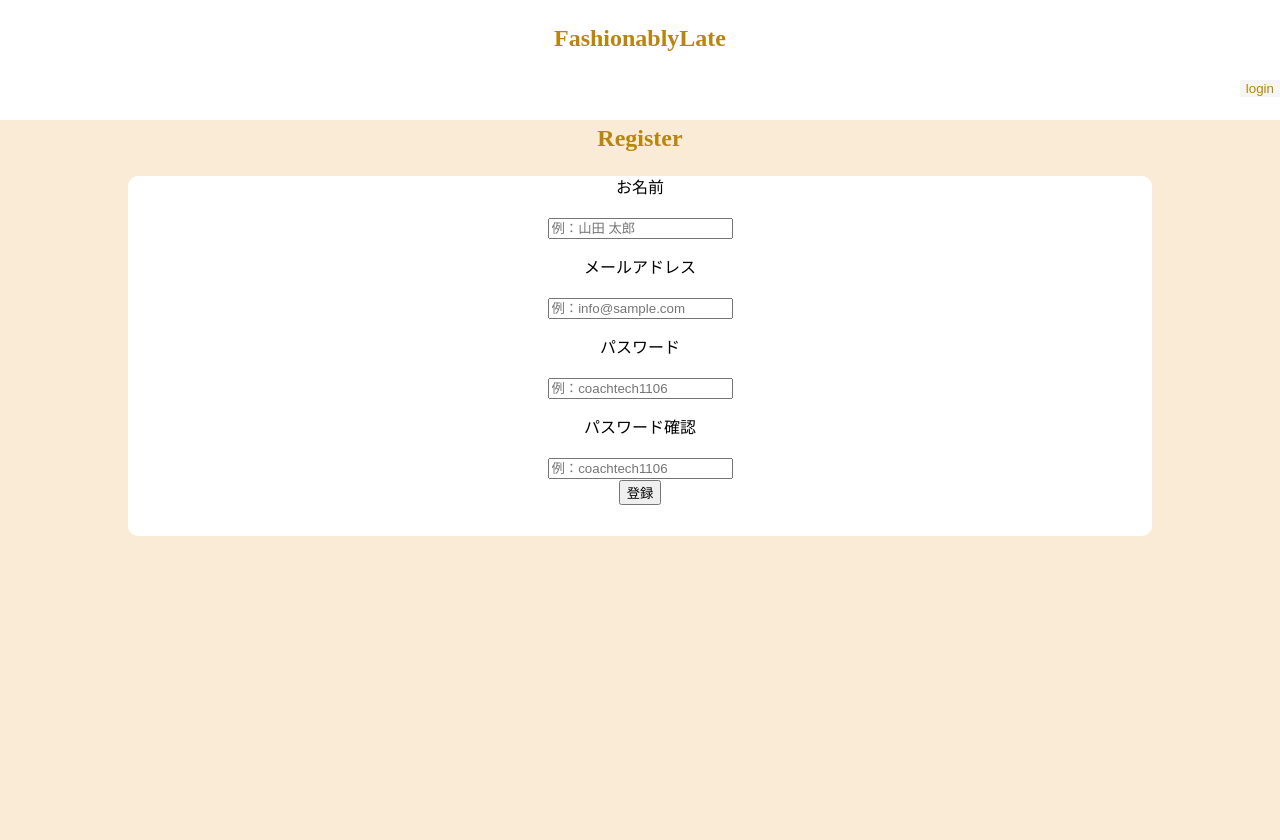
Repository: tokisiro/test-form
Page: http://localhost/register
An editor plug-in stored every save of this project. The page is shown before and after a run of saves, followed by the edit.
The browser window is 1280 px wide. The pictures show the whole page.
The page is served by the project's Laravel application, run on PHP 8.4 with Laravel 8. A made-up administrator, Test User (test@example.com), is signed in. Other server files are loaded and not shown.

Above is the page before, as saved 2025-05-07 20:41:58.

### src/routes/web.php
<?php

use Illuminate\Support\Facades\Route;
use App\Http\Controllers\ContactController;
use App\Http\Controllers\UsersController;
use Laravel\Fortify\Http\Controllers\AuthenticatedSessionController;
use Laravel\Fortify\Http\Controllers\RegisteredUserController;
/*
|--------------------------------------------------------------------------
| Web Routes
|--------------------------------------------------------------------------
|
| Here is where you can register web routes for your application. These
| routes are loaded by the RouteServiceProvider within a group which
| contains the "web" middleware group. Now create something great!
|
*/

Route::get('/',[ContactController::class, 'index']);
Route::post('/confirm',[ContactController::class, 'confirm']);
Route::post('/create',[ContactController::class, 'create']);

Route::post('/admin',[UsersController::class, 'admin']);
Route::get('/register',[UsersController::class, 'register']);




Route::middleware('auth')->group(function () {
    Route::get('/admin', [UsersController::class, 'admin']);
});

### src/app/Models/User.php
<?php

namespace App\Models;

use Illuminate\Contracts\Auth\MustVerifyEmail;
use Illuminate\Database\Eloquent\Factories\HasFactory;
use Illuminate\Foundation\Auth\User as Authenticatable;
use Illuminate\Notifications\Notifiable;
use Laravel\Sanctum\HasApiTokens;

class User extends Authenticatable
{
    use HasApiTokens, HasFactory, Notifiable;
    protected $table = 'users';

    /**
     * The attributes that are mass assignable.
     *
     * @var array<int, string>
     */
    protected $fillable = [
        'name',
        'email',
        'password',
        'remember_token',
    ];

    /**
     * The attributes that should be hidden for serialization.
     *
     * @var array<int, string>
     */
    protected $hidden = [
        'password',
        'remember_token',
    ];

    /**
     * The attributes that should be cast.
     *
     * @var array<string, string>
     */
    protected $casts = [
        'email_verified_at' => 'datetime',
    ];

    public function contacts()
{
    return $this->hasMany(Contact::class);
}
}

### src/app/Http/Controllers/UsersController.php
<?php

namespace App\Http\Controllers;

use App\Models\Category;
use App\Models\Contact;
use App\Models\User;
use Illuminate\Http\Request;
use App\Http\Requests\RegisterUserRequest;

//管理者用
class UsersController extends Controller
{
    public function register(){
        return view('register');
    }
    public function create(RegisterUserRequest $request){
        $form = $request->all();
        User::create($form);
        return view('login');
    }
    public function login(){
        return view('login');
    }
    public function admin(){


        $contacts = Contact::all()->map(function($contact) {
        switch($contact->gender) {
        case 1:
            $contact->gender_text = '男性';
            break;
        case 2:
            $contact->gender_text = '女性';
            break;
        case 3:
            $contact->gender_text = 'その他';
            break;
        default:
            $contact->gender_text = '';
            break;
        }
        // お問い合わせ内容を変換
        switch($contact->category_id) {
        case 1:
            $contact->category_name = '商品のお届けについて';
            break;
        case 2:
            $contact->category_name = '商品の交換について';
            break;
        case 3:
            $contact->category_name = '商品トラブル';
            break;
        case 4:
            $contact->category_name = 'ショップへのお問い合わせ';
            break;
        case 5:
            $contact->category_name = 'その他';
            break;
        default:
            $contact->category_name = '';
            break;
        }
        return $contact;
    });

    // もしももともと contacts がなければ空のコレクションを設定
    if ($contacts->isEmpty()) {
        $contacts = collect();
    }

    // ビューに渡す
    return view('admin', ['contacts' => $contacts]);


    }
}

### src/resources/views/register.blade.php
<!DOCTYPE html>
<html lang="ja">
<head>
    <meta charset="UTF-8">
    <meta http-equiv="X-UA-Compatible" content="IE=edge">
    <meta name="viewport" content="width=device-width, initial-scale=1.0">
    <title>FashionablyLate</title>
    <link rel="stylesheet" href="css/sanitize.css" />
    <link rel="stylesheet" href="css/register.css" />
</head>
<body>
    <!--ユーザー登録ページ-->
    <header class="header">
        <div class="header__inner">
            <a class="header__logo" href="/">
                FashionablyLate
            </a>
        </div>
        <div class="header__button">
            <a  href="/login">
                <button class="header__button-item">
                    login
                </button>
            </a>
        </div>
    </header>
    <main>
        <div class="register-form">
            <div class="register-form__title">
                <h2>Register</h2>
            </div>
            <div class="register-form__content">
                    <div class="register-form__content-item">
                        <form action="/register" method="post">
                            @csrf
                            @if (count($errors) > 0)
                            <ul>
                                @foreach ($errors->all() as $error)
                                    <li>{{$error}}</li>
                                @endforeach
                            </ul>
                        @endif
                            <p>お名前</p>
                            <input type="text" name="name" value="{{ old('name') }}" placeholder="例：山田 太郎">
                            <p>メールアドレス</p>
                            <input type="email" name="email" value="{{ old('email') }}" placeholder="例：info@sample.com">
                            <p>パスワード</p>
                            <input type="password" name="password" placeholder="例：coachtech1106">
                            <p>パスワード確認</p>
                            <input type="password" name="password_confirmation" placeholder="例：coachtech1106">
                            <div class="register-form__button">
                            <button class="register-form__button-submit" type="submit">
                                登録
                            </button>
                        </div>
                        </form>
                    </div>
                <!--ボタン類を記述-->
                </div>
            </div>
        </div>
    </main>
</body>
</html>

### src/public/css/sanitize.css
/* Document
* ========================================================================== */

/**
* Add border box sizing in all browsers (opinionated).
*/

*,
::before,
::after {
    box-sizing: border-box;
}

/**
* 1. Add text decoration inheritance in all browsers (opinionated).
* 2. Add vertical alignment inheritance in all browsers (opinionated).
*/

::before,
::after {
    vertical-align: inherit;
    /* 2 */
    text-decoration: inherit;
    /* 1 */
}

/**
* 1. Use the default cursor in all browsers (opinionated).
* 2. Change the line height in all browsers (opinionated).
* 3. Use a 4-space tab width in all browsers (opinionated).
* 4. Remove the grey highlight on links in iOS (opinionated).
* 5. Prevent adjustments of font size after orientation changes in
*    IE on Windows Phone and in iOS.
* 6. Breaks words to prevent overflow in all browsers (opinionated).
*/

html {
    word-break: break-word;
    /* 6 */
    -moz-tab-size: 4;
    /* 3 */
    tab-size: 4;
    /* 3 */
    line-height: 1.5;
    /* 2 */
    cursor: default;
    /* 1 */

    -webkit-tap-highlight-color: transparent
        /* 4 */
    ;
    -ms-text-size-adjust: 100%;
    /* 5 */
    -webkit-text-size-adjust: 100%;
    /* 5 */
}

/* Sections
* ========================================================================== */

/**
* Remove the margin in all browsers (opinionated).
*/

body {
    margin: 0;
}

/**
* Correct the font size and margin on `h1` elements within `section` and
* `article` contexts in Chrome, Edge, Firefox, and Safari.
*/

h1 {
    margin: 0.67em 0;
    font-size: 2em;
}

/* Grouping content
* ========================================================================== */

/**
* Remove the margin on nested lists in Chrome, Edge, IE, and Safari.
*/

dl dl,
dl ol,
dl ul,
ol dl,
ul dl {
    margin: 0;
}

/**
* Remove the margin on nested lists in Edge 18- and IE.
*/

ol ol,
ol ul,
ul ol,
ul ul {
    margin: 0;
}

/**
* 1. Add the correct sizing in Firefox.
* 2. Show the overflow in Edge 18- and IE.
*/

hr {
    overflow: visible;
    /* 2 */
    height: 0;
    /* 1 */
}

/**
* Add the correct display in IE.
*/

main {
    display: block;
}

/**
* Remove the list style on navigation lists in all browsers (opinionated).
*/

nav ol,
nav ul {
    padding: 0;
    list-style: none;
}

/**
* 1. Correct the inheritance and scaling of font size in all browsers.
* 2. Correct the odd `em` font sizing in all browsers.
*/

pre {
    font-size: 1em;
    /* 2 */
    font-family: monospace, monospace;
    /* 1 */
}

/* Text-level semantics
* ========================================================================== */

/**
* Remove the gray background on active links in IE 10.
*/

a {
    background-color: transparent;
}

/**
* Add the correct text decoration in Edge 18-, IE, and Safari.
*/

abbr[title] {
    text-decoration: underline;
    text-decoration: underline dotted;
}

/**
* Add the correct font weight in Chrome, Edge, and Safari.
*/

b,
strong {
    font-weight: bolder;
}

/**
* 1. Correct the inheritance and scaling of font size in all browsers.
* 2. Correct the odd `em` font sizing in all browsers.
*/

code,
kbd,
samp {
    font-size: 1em;
    /* 2 */
    font-family: monospace, monospace;
    /* 1 */
}

/**
* Add the correct font size in all browsers.
*/

small {
    font-size: 80%;
}

/* Embedded content
* ========================================================================== */

/*
* Change the alignment on media elements in all browsers (opinionated).
*/

audio,
canvas,
iframe,
img,
svg,
video {
    vertical-align: middle;
}

/**
* Add the correct display in IE 9-.
*/

audio,
video {
    display: inline-block;
}

/**
* Add the correct display in iOS 4-7.
*/

audio:not([controls]) {
    display: none;
    height: 0;
}

/**
* Remove the border on iframes in all browsers (opinionated).
*/

iframe {
    border-style: none;
}

/**
* Remove the border on images within links in IE 10-.
*/

img {
    border-style: none;
}

/**
* Change the fill color to match the text color in all browsers (opinionated).
*/

svg:not([fill]) {
    fill: currentColor;
}

/**
* Hide the overflow in IE.
*/

svg:not(:root) {
    overflow: hidden;
}

/* Tabular data
* ========================================================================== */

/**
* Collapse border spacing in all browsers (opinionated).
*/

table {
    border-collapse: collapse;
}

/* Forms
* ========================================================================== */

/**
* Remove the margin on controls in Safari.
*/

button,
input,
select {
    margin: 0;
}

/**
* 1. Show the overflow in IE.
* 2. Remove the inheritance of text transform in Edge 18-, Firefox, and IE.
*/

button {
    overflow: visible;
    /* 1 */
    text-transform: none;
    /* 2 */
}

/**
* Correct the inability to style buttons in iOS and Safari.
*/

button,
[type="button"],
[type="reset"],
[type="submit"] {
    -webkit-appearance: button;
}

/**
* 1. Change the inconsistent appearance in all browsers (opinionated).
* 2. Correct the padding in Firefox.
*/

fieldset {
    padding: 0.35em 0.75em 0.625em;
    /* 2 */
    border: 1px solid #a0a0a0;
    /* 1 */
}

/**
* Show the overflow in Edge 18- and IE.
*/

input {
    overflow: visible;
}

/**
* 1. Correct the text wrapping in Edge 18- and IE.
* 2. Correct the color inheritance from `fieldset` elements in IE.
*/

legend {
    display: table;
    /* 1 */
    max-width: 100%;
    /* 1 */
    color: inherit;
    /* 2 */
    white-space: normal;
    /* 1 */
}

/**
* 1. Add the correct display in Edge 18- and IE.
* 2. Add the correct vertical alignment in Chrome, Edge, and Firefox.
*/

progress {
    display: inline-block;
    /* 1 */
    vertical-align: baseline;
    /* 2 */
}

/**
* Remove the inheritance of text transform in Firefox.
*/

select {
    text-transform: none;
}

/**
* 1. Remove the margin in Firefox and Safari.
* 2. Remove the default vertical scrollbar in IE.
* 3. Change the resize direction in all browsers (opinionated).
*/

textarea {
    overflow: auto;
    /* 2 */
    margin: 0;
    /* 1 */
    resize: vertical;
    /* 3 */
}

/**
* Remove the padding in IE 10-.
*/

[type="checkbox"],
[type="radio"] {
    padding: 0;
}

/**
* 1. Correct the odd appearance in Chrome, Edge, and Safari.
* 2. Correct the outline style in Safari.
*/

[type="search"] {
    outline-offset: -2px;
    /* 2 */

    -webkit-appearance: textfield;
    /* 1 */
}

/**
* Correct the cursor style of increment and decrement buttons in Safari.
*/

::-webkit-inner-spin-button,
::-webkit-outer-spin-button {
    height: auto;
}

/**
* Correct the text style of placeholders in Chrome, Edge, and Safari.
*/

::-webkit-input-placeholder {
    color: inherit;
    opacity: 0.54;
}

/**
* Remove the inner padding in Chrome, Edge, and Safari on macOS.
*/

::-webkit-search-decoration {
    -webkit-appearance: none;
}

/**
* 1. Correct the inability to style upload buttons in iOS and Safari.
* 2. Change font properties to `inherit` in Safari.
*/

::-webkit-file-upload-button {
    font: inherit;
    /* 2 */

    -webkit-appearance: button;
    /* 1 */
}

/**
* Remove the inner border and padding of focus outlines in Firefox.
*/

::-moz-focus-inner {
    padding: 0;
    border-style: none;
}

/**
* Restore the focus outline styles unset by the previous rule in Firefox.
*/

:-moz-focusring {
    outline: 1px dotted ButtonText;
}

/**
* Remove the additional :invalid styles in Firefox.
*/

:-moz-ui-invalid {
    box-shadow: none;
}

/* Interactive
* ========================================================================== */

/*
* Add the correct display in Edge 18- and IE.
*/

details {
    display: block;
}

/*
* Add the correct styles in Edge 18-, IE, and Safari.
*/

dialog {
    position: absolute;
    right: 0;
    left: 0;
    display: block;
    margin: auto;
    padding: 1em;
    width: -moz-fit-content;
    width: -webkit-fit-content;
    width: fit-content;
    height: -moz-fit-content;
    height: -webkit-fit-content;
    height: fit-content;
    border: solid;
    background-color: white;
    color: black;
}

dialog:not([open]) {
    display: none;
}

/*
* Add the correct display in all browsers.
*/

summary {
    display: list-item;
}

/* Scripting
* ========================================================================== */

/**
* Add the correct display in IE 9-.
*/

canvas {
    display: inline-block;
}

/**
* Add the correct display in IE.
*/

template {
    display: none;
}

/* User interaction
* ========================================================================== */

/*
* 1. Remove the tapping delay in IE 10.
* 2. Remove the tapping delay on clickable elements
in all browsers (opinionated).
*/

a,
area,
button,
input,
label,
select,
summary,
textarea,
[tabindex] {
    -ms-touch-action: manipulation;
    /* 1 */
    touch-action: manipulation;
    /* 2 */
}

/**
* Add the correct display in IE 10-.
*/

[hidden] {
    display: none;
}

/* Accessibility
* ========================================================================== */

/**
* Change the cursor on busy elements in all browsers (opinionated).
*/

[aria-busy="true"] {
    cursor: progress;
}

/*
* Change the cursor on control elements in all browsers (opinionated).
*/

[aria-controls] {
    cursor: pointer;
}

/*
* Change the cursor on disabled, not-editable, or otherwise
* inoperable elements in all browsers (opinionated).
*/

[aria-disabled="true"],
[disabled] {
    cursor: not-allowed;
}

/*
* Change the display on visually hidden accessible elements
* in all browsers (opinionated).
*/

[aria-hidden="false"][hidden] {
    display: initial;
}

[aria-hidden="false"][hidden]:not(:focus) {
    position: absolute;
    clip: rect(0, 0, 0, 0);
}

### src/public/css/register.css

.header {
    background-color: white;

}

.header__inner
{
    margin: 0 auto;
    padding: 20px 15px;
    max-width: 1230px;
    text-align: center;
}

.header__logo {
    color: #B8860B;
    text-decoration: none;
    font-weight: bold;
    font-size: 24px;
    font-family: serif;
}

.header__button{
    position: relative;
    text-align: right;
}

.header__button-item{
    color: #B8860B;
    background-color: whitesmoke;
    border: none;
    margin: 0 auto;
}


.register-form {
    background-color: antiquewhite;
    height: 100vh;
    text-align: center;
}

.register-form__title{
    color: #B8860B;
    font-family: serif;
}

.register-form__content{
    background-color: white;
    width: 80%;
    height: 50%;
    margin: 0 auto;
    border-radius: 10px;
}

Loaded but not shown: src/app/Http/Controllers/Controller.php (common file)

After the next 3 saves:
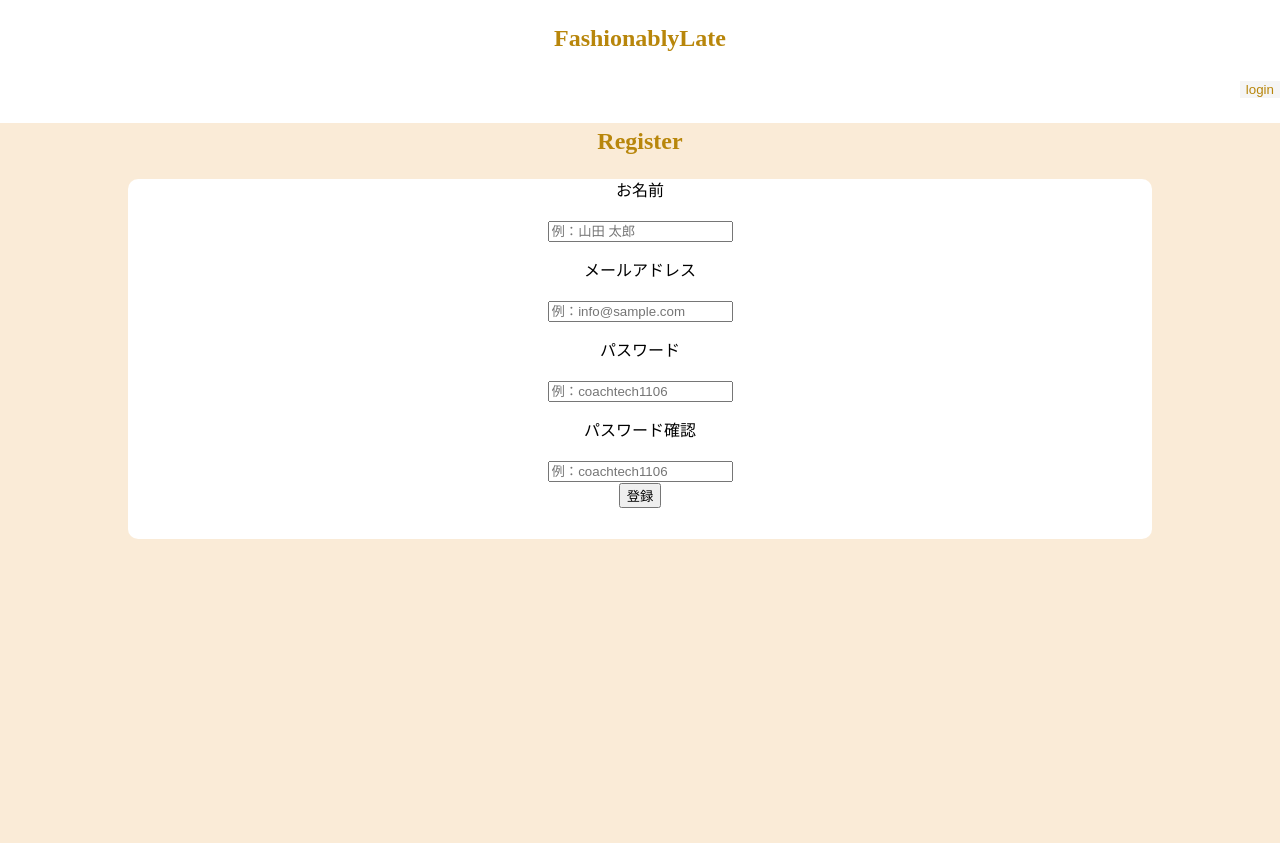
The 3 saves are shown as one change because they came seconds apart.
The last was saved 12 s later.
--- a/src/public/css/register.css
+++ b/src/public/css/register.css
@@ -29,7 +29,7 @@
     color: #B8860B;
     background-color: whitesmoke;
     border: none;
-    margin: 0 auto;
+    margin: 5px auto;
 }
 
 

After the 3 saves that followed:
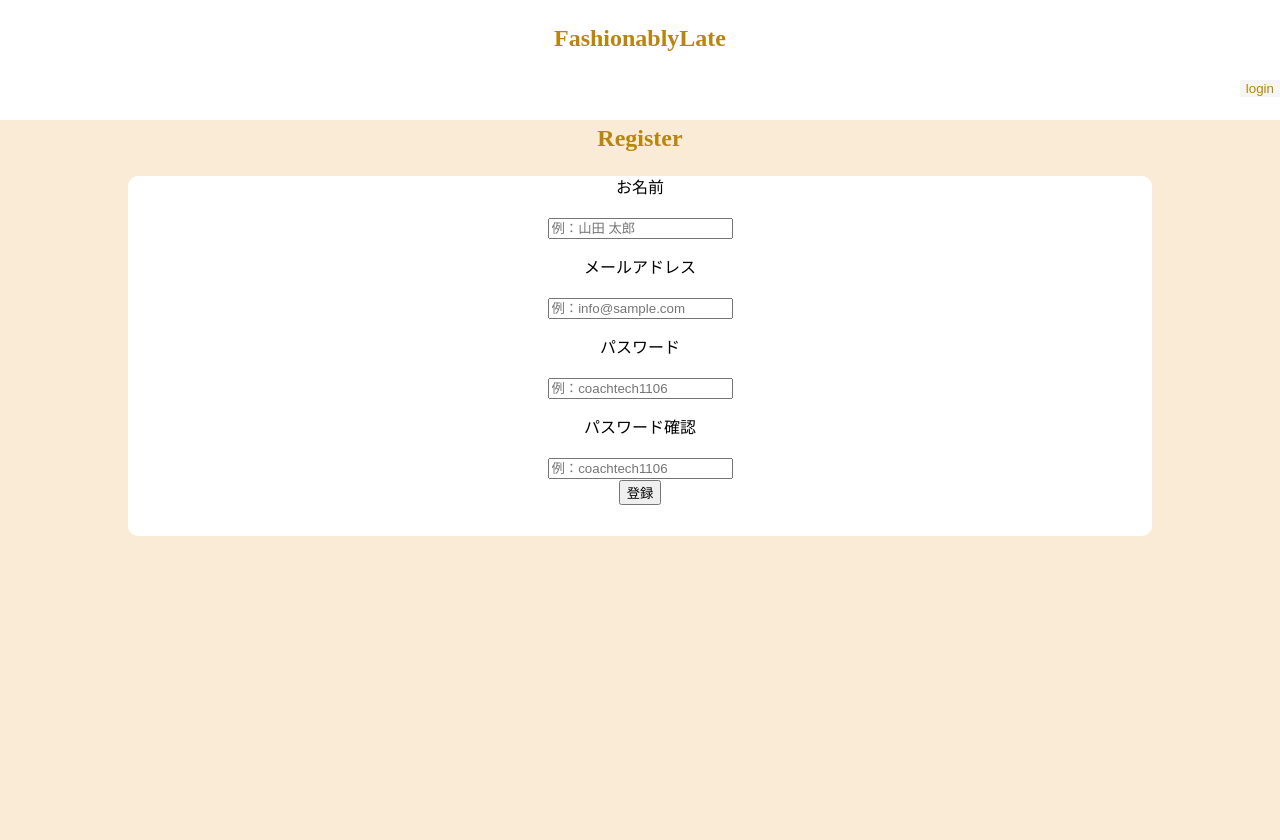
The 3 saves are shown as one change because they came seconds apart.
The last was saved 15 s later.
--- a/src/public/css/register.css
+++ b/src/public/css/register.css
@@ -29,7 +29,7 @@
     color: #B8860B;
     background-color: whitesmoke;
     border: none;
-    margin: 5px auto;
+    padding: 5px auto;
 }
 
 
